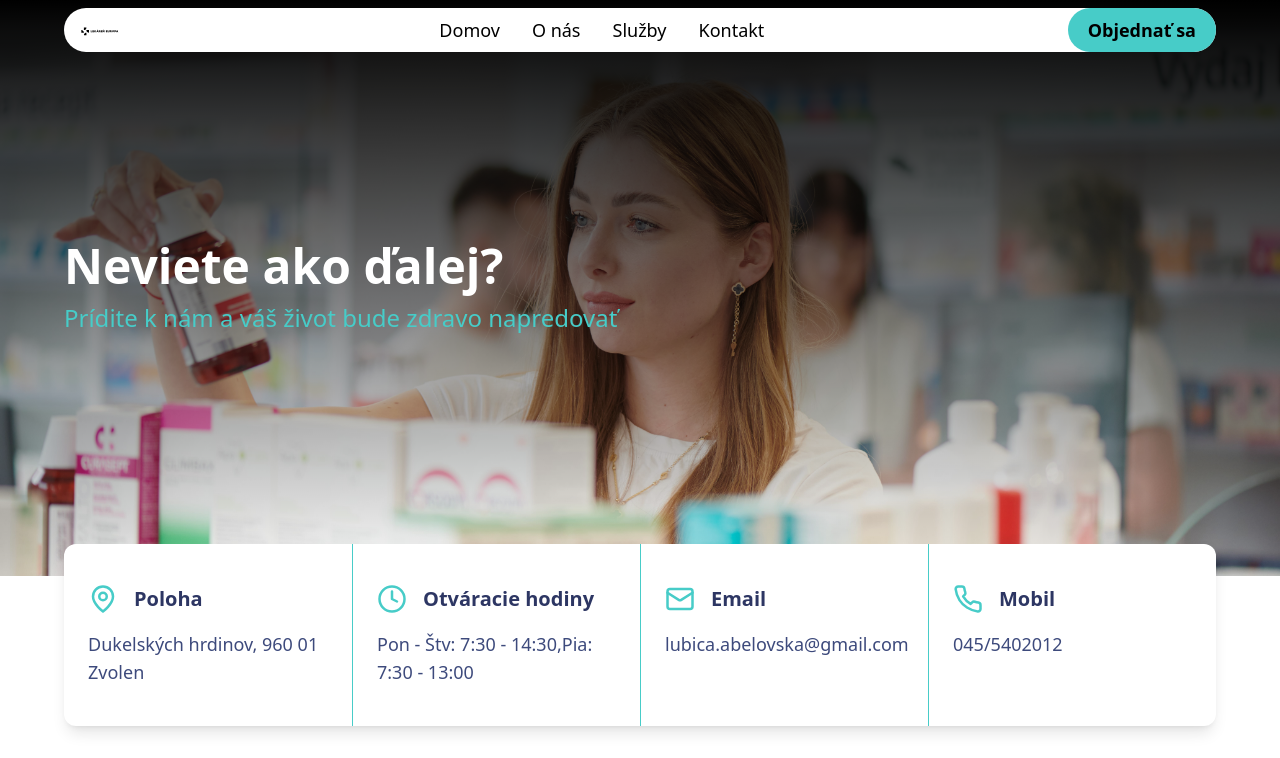
Repository: SimonSkoda13/Lekaren
Page: /
An editor plug-in stored every save of this project. The page is shown before and after the next save, followed by the edit.
The browser window is 1280 px wide. The pictures show the whole page.
The project was rebuilt for these pictures with package versions that can differ from the ones it lists, and the page was loaded fresh each time. The framework's server and built-in components were replaced by stand-ins that run in the browser. Also part of the build but not shown: next.config.js.

Above is the page before, as saved 2023-04-22 19:27:13.

### src/app/layout.tsx
import { Header } from "./components/Header/Header";
import "./globals.css";
import { Poppins } from "next/font/google";

export const metadata = {
  title: "Create Next App",
  description: "Generated by create next app",
};

export default function RootLayout({
  children,
}: {
  children: React.ReactNode;
}) {
  return (
    <html lang="en">
      <body className="bg-white min-h-[100vh]">
        <Header />
        <main>{children}</main>
        <footer></footer>
      </body>
    </html>
  );
}

### src/app/page.tsx
import Image from "next/image";
import { Inter } from "next/font/google";
import { HomeHero } from "./components/HomeHero/HomeHero";
import { Contact } from "./components/Contact/Contact";
import { Phone, MapPin, Clock4, Mail } from "lucide-react";

const inter = Inter({ subsets: ["latin"] });

// page with

export default function Home() {
  return (
    <>
      <HomeHero
        title={"Neviete ako ďalej?"}
        image={"/homeBanner.jpg"}
        description={"Prídite k nám a váš život bude zdravo napredovať"}
      />
      <Contact
        items={[
          {
            title: "Poloha",
            link: "https://goo.gl/maps/L5p9gij7kJ6iXfnA9",
            description: "Dukelských hrdinov, 960 01 Zvolen",
            icon: <MapPin size={30} className="stroke-primary" />,
          },
          {
            title: "Otváracie hodiny",
            link: "https://goo.gl/maps/L5p9gij7kJ6iXfnA9",
            description: "Pon - Štv:  7:30 - 14:30,Pia: 7:30 - 13:00",
            icon: <Clock4 size={30} className="stroke-primary" />,
          },
          {
            title: "Email",
            link: "mailto:lubica.abelovska@gmail.com",
            description: "lubica.abelovska@gmail.com",
            icon: <Mail size={30} className="stroke-primary" />,
          },
          {
            title: "Mobil",
            description: "045/5402012",
            link: "tel:045/5402012",
            icon: <Phone size={30} className="stroke-primary" />,
          },
        ]}
      />
    </>
  );
}

### src/app/components/Header/Header.tsx
import Link from "next/link";
import React from "react";

export interface HeaderProps {}

export const Header = (props: HeaderProps) => {
  const {} = props;
  return (
    <header className="cntn fixed w-full top-2 z-10">
      <div className="flex bg-white rounded-full ">
        {/* logo */}
        <div className="flex justify-center items-center px-4">
          <Link href="/">
            <img src="/headerLogo.svg" alt="logo" className="w-10 h-10" />
          </Link>
        </div>
        {/* nav */}
        <div className="py-2 px-4 flex gap-8 items-center mx-auto text-lg font-medium">
          <Link href="/">Domov</Link>
          <Link href="/onas">O nás</Link>
          <Link href="/sluzby">Služby</Link>
          <Link href="/kontakt">Kontakt</Link>
        </div>
        {/* button order self */}
        <div className="flex justify-center items-center px-5 p-0 bg-primary rounded-full text-lg font-bold">
          <Link href="/order">Objednať sa</Link>
        </div>
      </div>
    </header>
  );
};

### src/app/globals.css
@tailwind base;
@tailwind components;
@tailwind utilities;

@layer components {
  .cntn {
    @apply mx-auto px-4  max-w-screen-xl md:px-16;
  }
}

### src/app/components/HomeHero/HomeHero.tsx
import Image from "next/image";
import React from "react";
import { ImageGradient } from "./ImageGradient/ImageGradient";

export interface HomeHeroProps {
  title: string;
  image: string;
  description: string;
}

export const HomeHero = (props: HomeHeroProps) => {
  const { title, image, description } = props;
  return (
    <section className="relative h-[80vh] z-0 px-0">
      <div className="w-full h-full absolute left-0 top-0 ">
        {/* make filter for image to odd brightness from top biggest to bottom lowest */}
        <ImageGradient>
          <Image
            src={image}
            alt="Next.js logo"
            fill
            style={{
              objectFit: "cover",
              objectPosition: "center",
            }}
          />
        </ImageGradient>
      </div>
      <div className="cntn relative gap-3 h-full flex justify-center flex-wrap flex-col z-10">
        <h1 className="text-5xl font-bold text-white">{title}</h1>
        <p className="text-2xl text-primary">{description}</p>
      </div>
    </section>
  );
};

### src/app/components/Contact/Contact.tsx
import { Phone } from "lucide-react";
import { Url } from "next/dist/shared/lib/router/router";
import Image from "next/image";
import Link from "next/link";
import React, { ReactNode } from "react";

export interface ContactProps {
  items?: {
    title: string;
    description: string;
    icon: ReactNode;
    link?: string;
  }[];
}

export const Contact = (props: ContactProps) => {
  const { items } = props;
  return (
    <section className="cntn z-10 relative top-[-2rem]">
      <div className="w-full h-full grid grid-cols-2 md:grid-cols-4 items-start bg-white rounded-xl shadow-lg divide-x divide-primary">
        {items?.map((item) => (
          <Link href={item?.link as Url} className="h-full">
            <div className="flex flex-col items-start gap-4 p-6 py-10">
              <div className="flex w-full flex-row gap-4 items-center">
                {item.icon}
                <h2 className="text-xl font-bold text-secondary">
                  {item.title}
                </h2>
              </div>
              <p className="text-lg font-medium text-secondary-light">
                {item.description}
              </p>
            </div>
          </Link>
        ))}
      </div>
    </section>
  );
};

### src/app/components/HomeHero/ImageGradient/ImageGradient.tsx
import React from "react";

export interface ImageGradientProps {
  children: React.ReactNode;
}

export const ImageGradient = (props: ImageGradientProps) => {
  const { children } = props;
  return (
    <div className="relative w-full h-full overflow-hidden z-10">
      <div className="absolute inset-0 z-10 bg-gradient-to-b from-black"></div>
      {children}
    </div>
  );
};

### tailwind.config.js
/** @type {import('tailwindcss').Config} */
module.exports = {
  content: [
    "./src/pages/**/*.{js,ts,jsx,tsx,mdx}",
    "./src/components/**/*.{js,ts,jsx,tsx,mdx}",
    "./src/app/**/*.{js,ts,jsx,tsx,mdx}",
  ],
  theme: {
    extend: {
      colors: {
        primary: "#47CCC8",
        secondary: "#2D3663",
        "secondary-light": "#3D4A7C",
      },
    },
  },
  plugins: [],
};

After the next save:
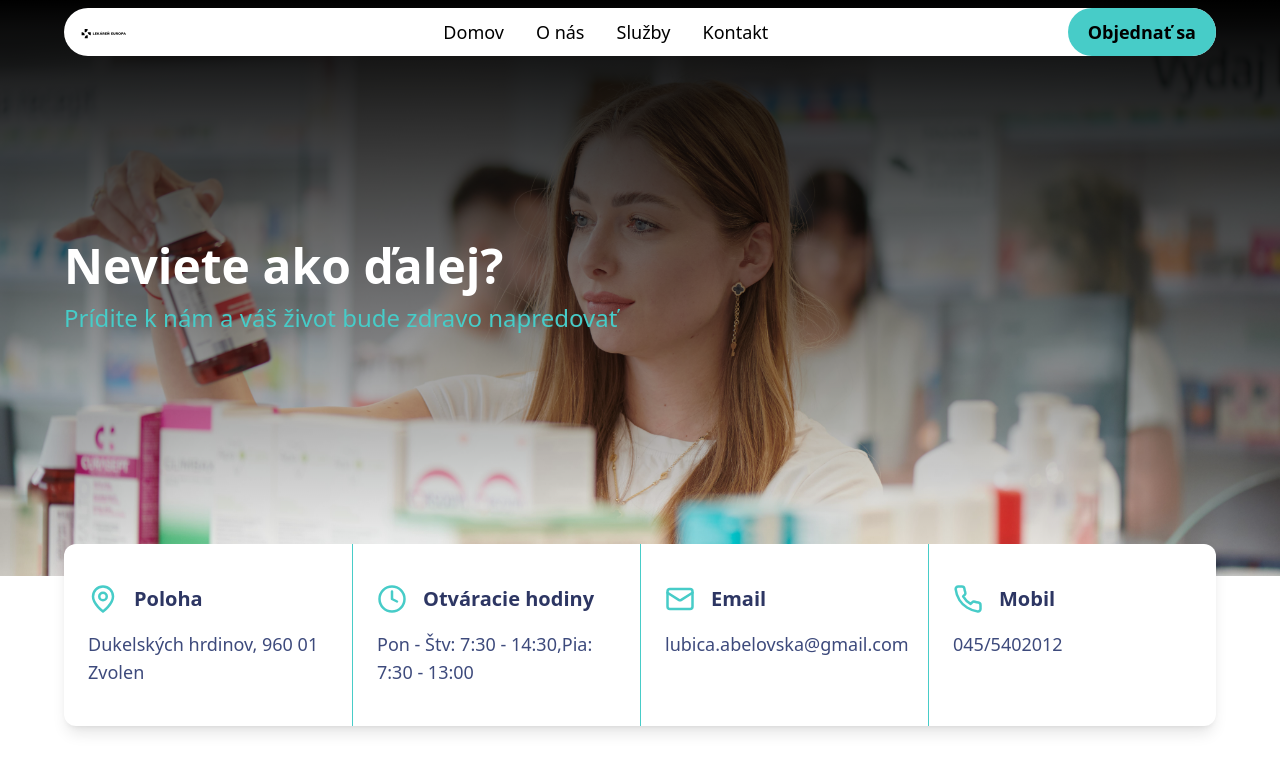
Saved 22 s later.
--- a/src/app/components/Header/Header.tsx
+++ b/src/app/components/Header/Header.tsx
@@ -11,7 +11,7 @@ export const Header = (props: HeaderProps) => {
         {/* logo */}
         <div className="flex justify-center items-center px-4">
           <Link href="/">
-            <img src="/headerLogo.svg" alt="logo" className="w-10 h-10" />
+            <img src="/headerLogo.svg" alt="logo" className="w-12 h-12" />
           </Link>
         </div>
         {/* nav */}
